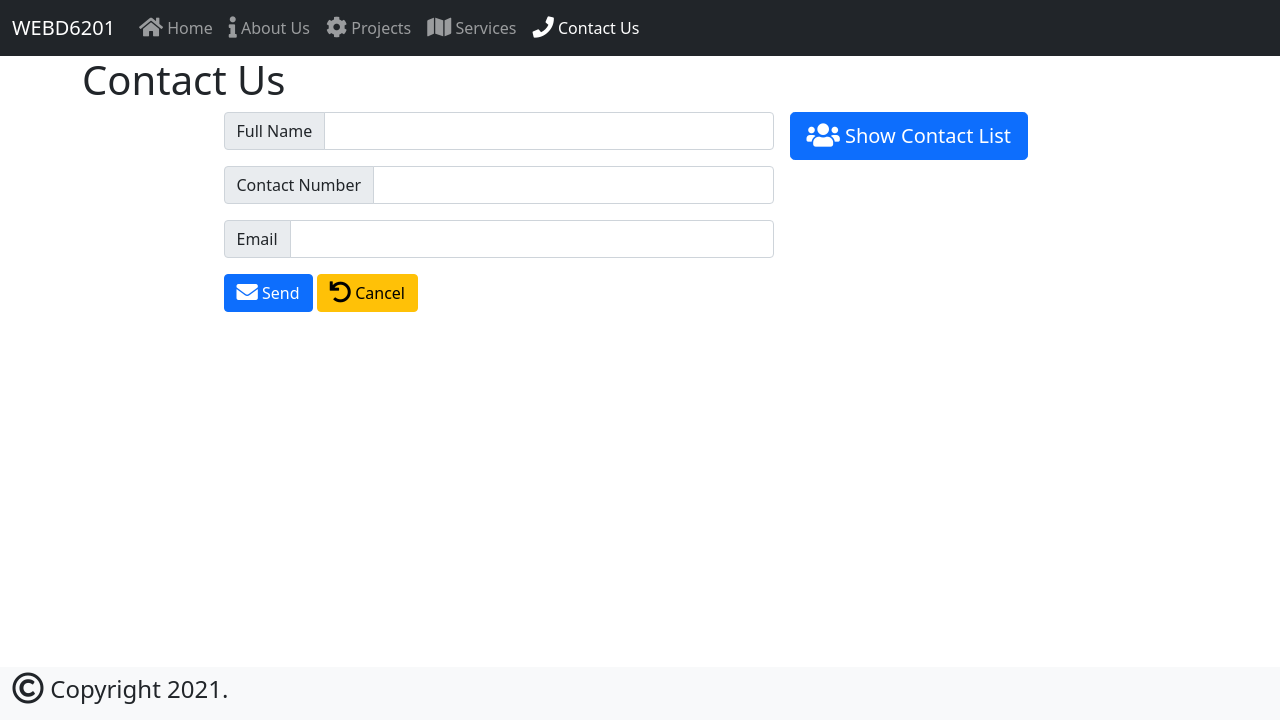
Repository: jaisydh07/WEBD6201-ICE3
Page: contact.html
The author's editor kept a copy of each file at every save. The page is drawn from the files as they stood at one save, then again after the next save.
The browser window is 1280 px wide. The pictures show the whole page.

Above is the page before, as saved 2021-02-07 00:07:23.

### contact.html
<!DOCTYPE html>
<html lang="en">
<head>
    <meta charset="UTF-8">
    <meta name="viewport" content="width=device-width, initial-scale=1.0">
    <title>Contact</title>
    <!-- CSS Section -->
    <link rel="stylesheet" href="./node_modules/bootstrap/dist/css/bootstrap.min.css">
    <link rel="stylesheet" href="./node_modules/@fortawesome/fontawesome-free/css/all.min.css">
    <link rel="stylesheet" href="./Content/app.css">
</head>
<body>
    <!-- Main Header -->
    <header>
        <!-- Main Navigation -->
        <nav class="navbar navbar-expand-lg navbar-dark bg-dark">
            <div class="container-fluid">
              <a class="navbar-brand" href="index.html">WEBD6201</a>
              <button class="navbar-toggler" type="button" data-bs-toggle="collapse" data-bs-target="#navbarSupportedContent" aria-controls="navbarSupportedContent" aria-expanded="false" aria-label="Toggle navigation">
                <span class="navbar-toggler-icon"></span>
              </button>
              <div class="collapse navbar-collapse" id="navbarSupportedContent">
                <ul class="navbar-nav me-auto mb-2 mb-lg-0">
                  <li class="nav-item">
                    <a class="nav-link" aria-current="page" href="index.html"><i class="fas fa-home fa-lg"></i> Home</a>
                  </li>

                  <li class="nav-item">
                    <a class="nav-link" aria-current="page" href="about.html"><i class="fas fa-info fa-lg"></i> About Us</a>
                  </li>

                  <li class="nav-item">
                    <a class="nav-link" aria-current="page" href="projects.html"><i class="fas fa-cog fa-lg"></i> Projects</a>
                  </li>

                  <li class="nav-item">
                    <a class="nav-link" aria-current="page" href="services.html"><i class="fas fa-map fa-lg"></i> Services</a>
                  </li>

                  <li class="nav-item">
                    <a class="nav-link active" aria-current="page" href="contact.html"><i class="fas fa-phone fa-lg"></i> Contact Us</a>
                  </li>
                </ul>
              </div>
            </div>
          </nav>
    </header>

    <!-- Main Content -->
    <main class="container">
        <h1>Contact Us</h1>
        <div id="messageArea"></div>

        <div class="row justify-content-lg-center g-3">
          <form class="col-lg-6 col-md-10 col-sm-10">

            <div class="input-group mb-3">
              <span class="input-group-text" id="inputGroup-sizing-default">Full Name </span>
              <input id="fullName" type="text" class="form-control" aria-label="Full Name" aria-describedby="Full Name Input"
              name="fullName" required>
            </div>

            <div class="input-group mb-3">
              <span class="input-group-text" id="inputGroup-sizing-default">Contact Number</span>
              <input id="contactNumber" type="tel" class="form-control" aria-label="Contact Number" aria-describedby="Contact Number Input"
              name="contactNumber" required>
            </div>

            <div class="input-group mb-3">
              <span class="input-group-text" id="inputGroup-sizing-default">Email</span>
              <input id="emailAddress" type="email" class="form-control" aria-label="Email Address" aria-describedby="Email Address Input"
              name="emailAddress" required>
            </div>

            <button id="sendButton" type="submit" class="btn btn-primary"><i class="fas fa-envelope fa-lg"></i> Send</button>
            <button id="cancelButton" type="reset" class="btn btn-warning"><i class="fas fa-undo fa-lg"></i> Cancel</button>
          </form>

          <div class="col-lg-3 col-md-3">
            <a href="contact-list.html" class="btn btn-primary btn-lg"><i class="fas fa-users fa-lg"></i> Show Contact List</a>
          </div>
        </div>


    </main>

    <!-- Main Footer -->
    <footer>
        <nav class="navbar fixed-bottom navbar-light bg-light">
            <div class="container-fluid">
              <h4><i class="far fa-copyright fa-lg"></i> Copyright 2021.</h4>
            </div>
          </nav>
    </footer>

    <!-- Script Section-->
    <script src="./node_modules/jquery/dist/jquery.min.js"></script>
    <script src="./node_modules/bootstrap/dist/js/bootstrap.bundle.min.js"></script>
    <script src="./Scripts/namespace.js"></script>
    <script src="./Scripts/contact.js"></script>
    <script src="./Scripts/app.js"></script>
</body>
</html>

### Scripts/namespace.js

// namespace core
let core;

### Scripts/contact.js
"use strict";

// Contact Class
((core)=>{
class Contact {
    // getters and setters
    get FullName()
    {
      return this.m_fullName;
    }

    set FullName(value)
    {
      this.m_fullName = value;
    }

    get ContactNumber()
    {
      return this.m_contactNumber;
    }

    set ContactNumber(value)
    {
      this.m_contactNumber = value;
    }

    get EmailAddress()
    {
      return this.m_emailAddress;
    }

    set EmailAddress(value)
    {
      this.m_emailAddress = value;
    }

    // constructor

     /**
     * @param {string} fullName
     * @param {string} contactNumber
     * @param {string} emailAddress
     */
    constructor(fullName = "", contactNumber = "", emailAddress = "")

    {
        this.FullName = fullName;
        this.ContactNumber = contactNumber;
        this.EmailAddress = emailAddress;
    }

    // methods

    /**
     * This method overrides the built-in toString method for the Contact class
     *
     * @returns {string}
     */

    toString()
    {
        return `Full Name     : ${this.FullName} \nContact Number: ${this.ContactNumber}\nEmail Address : ${this.EmailAddress}`;
    }

    /**
     * This method returns a JSON object made up of the properties of the Contact class
     *
     * @returns {Object}
     */
    toJSON()
    {
      return {
        "fullName": this.FullName,
        "contactNumber": this.ContactNumber,
        "emailAddress": this.EmailAddress
      }
    }

    /**
     * This method converts the Contact into a comma-separated value string
     *
     * @returns {string}
     */
    serialize()
    {
        if(this.FullName !== "" && this.ContactNumber !== "" && this.EmailAddress !== "")
        {
          return `${this.FullName},${this.ContactNumber},${this.EmailAddress}`;
        }
        else
        {
          console.error("One or more properties of the Contact is empty");
          return null;
        }
    }

    /**
     * This method takes a comma-separated data string and assigns the values to the Contact class properties
     *
     * @param {string} data
     * @return {void}
     */
    deserialize(data)
    {
      let propertyArray = data.split(",");
      this.FullName = propertyArray[0];
      this.ContactNumber = propertyArray[1];
      this.EmailAddress = propertyArray[2];
    }

  }

  core.Contact = Contact;

})(core || (core={}));

### Scripts/app.js
/* custom JavaScript goes here */

//IIFE - Immediately Invoked Function Expression
//AKA - Anonymous Self-Executing Function
//Closure - limits scope leak

"use strict";

((core) =>
{
    function displayHome()
    {
        let paragraphOneText =
          "This is a simple site to demonstrate DOM Manipulation for ICE 1";

        let paragraphOneElement = document.getElementById("paragraphOne");

        paragraphOneElement.textContent = paragraphOneText;
        paragraphOneElement.className = "fs-5";

        // Step 1. document.createElement
        let newParagraph = document.createElement("p");
        // Step 2. configure the element
        newParagraph.setAttribute("id", "paragraphTwo");
        newParagraph.textContent = "...And this is paragraph two";
        // Step 3. select the parent element
        let mainContent = document.getElementsByTagName("main")[0];
        // Step 4. Add / Insert the element
        mainContent.appendChild(newParagraph);

        newParagraph.className = "fs-6";

        // another way of injecting content
        let paragraphDiv = document.createElement("div");
        let paragraphThree = `<p id="paragraphThree" class="fs-7 fw-bold">And this is the Third Paragraph</p>`;
        paragraphDiv.innerHTML = paragraphThree;

        // insertions

        // example of inserting before a node
        //newParagraph.before(paragraphDiv);

        // example of inserting after a node
        newParagraph.after(paragraphDiv);

        // deletions

        // example of removing a single element
        //paragraphOneElement.remove();

        // example of removeChild
        mainContent.removeChild(paragraphOneElement);

        // update / modification
        //mainContent.firstElementChild.textContent = "Welcome Home!";

        mainContent.innerHTML = `<h1 id="firstHeading">Welcome to WEBD6201 - Lab 1</h1>
         <p id="paragraphOne" class="fs-3 fw-bold">This is my first Paragraph</p>
        `;

    }

    function displayAbout()
    {

    }

    function displayProjects()
    {

    }

    function displayServices()
    {

    }

    function displayContact()
    {
      let messageArea = $("#messageArea").hide();

        // form validation
        $("#fullName").on("blur", function()
        {
          if($(this).val().length < 2)
          {
            $(this).trigger("focus").trigger("select");
            messageArea.show().addClass("alert alert-danger").text("Please enter an appropriate Name");
          }
          else
          {
            messageArea.removeAttr("class").hide();
          }
        });

        $("#sendButton").on("click", (event)=>
        {
          if($("#subscribeCheckbox")[0].checked)
          {
            let contact = new core.Contact(fullName.value, contactNumber.value, emailAddress.value);

            if(contact.serialize())
            {
              localStorage.setItem((localStorage.length + 1).toString(), contact.serialize());
            }
          }

        });
    }

    function displayContactList()
    {
      if (localStorage.length > 0)
      {
        let contactList = document.getElementById("contactList");

        let data = "";

        for (let index = 0; index < localStorage.length; index++)
        {
          let contactData = localStorage.getItem((index + 1).toString());

          let contact = new core.Contact();
          contact.deserialize(contactData);

          data += `<tr>
          <th scope="row">${index + 1}</th>
          <td>${contact.FullName}</td>
          <td>${contact.ContactNumber}</td>
          <td>${contact.EmailAddress}</td>
        </tr>`;
        }

        contactList.innerHTML = data;
      }
    }


    function Start()
    {
        console.log("App Started...");

        switch (document.title)
        {
          case "Home":
              displayHome();
            break;
          case "About":
              displayAbout();
            break;
          case "Projects":
              displayProjects();
            break;
          case "Services":
              displayServices();
            break;
          case "Contact":
              displayContact();
            break;
          case "Contact-List":
              displayContactList();
            break;
        }

    }

    window.addEventListener("load", Start);

    core.Start = Start;

  })(core || (core={}));

Loaded but not shown: node_modules/bootstrap/dist/css/bootstrap.min.css (library); node_modules/@fortawesome/fontawesome-free/css/all.min.css (library); Content/app.css (common file); node_modules/jquery/dist/jquery.min.js (library); node_modules/bootstrap/dist/js/bootstrap.bundle.min.js (library)

After the next save:
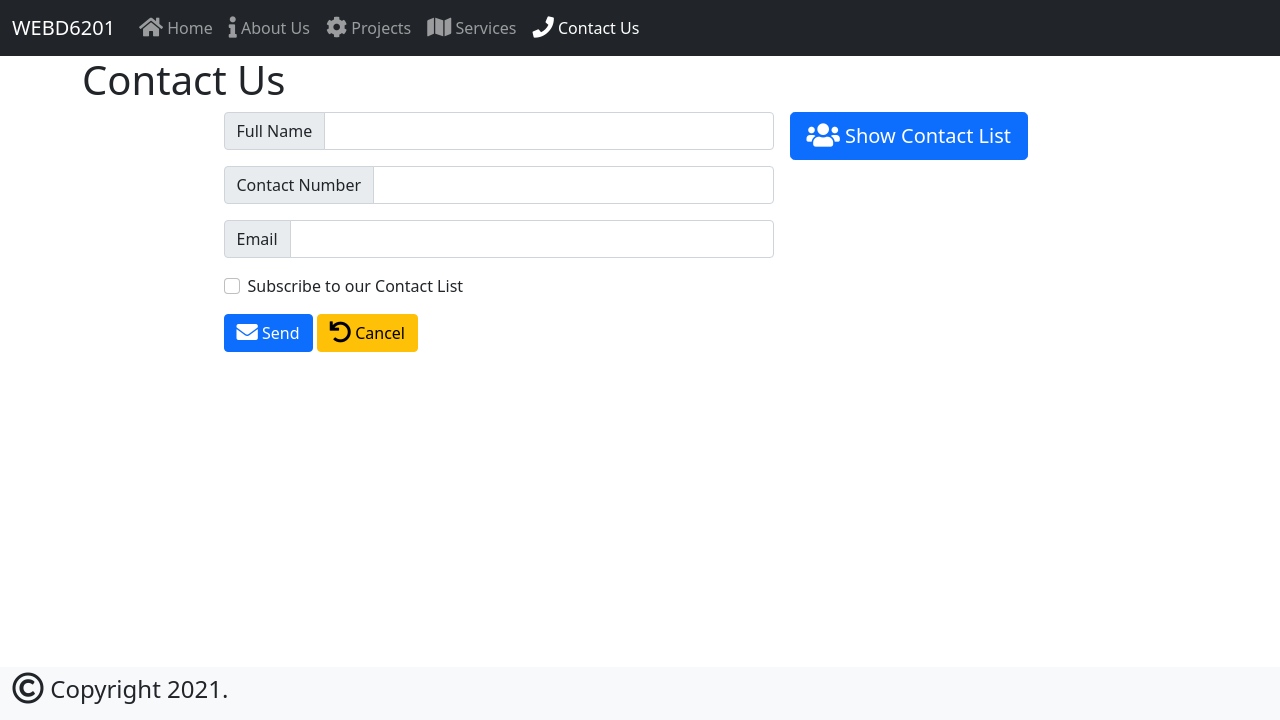
Saved 35 s later.
--- a/contact.html
+++ b/contact.html
@@ -72,6 +72,11 @@
               name="emailAddress" required>
             </div>
 
+            <div class="form-check mb-3">
+              <input id="subscribeCheckbox" class="form-check-input" type="checkbox" value="" name="subscribeCheckbox">
+              <label class="form-check-label" for="subscribeCheckbox"> Subscribe to our Contact List</label>
+            </div>
+
             <button id="sendButton" type="submit" class="btn btn-primary"><i class="fas fa-envelope fa-lg"></i> Send</button>
             <button id="cancelButton" type="reset" class="btn btn-warning"><i class="fas fa-undo fa-lg"></i> Cancel</button>
           </form>
